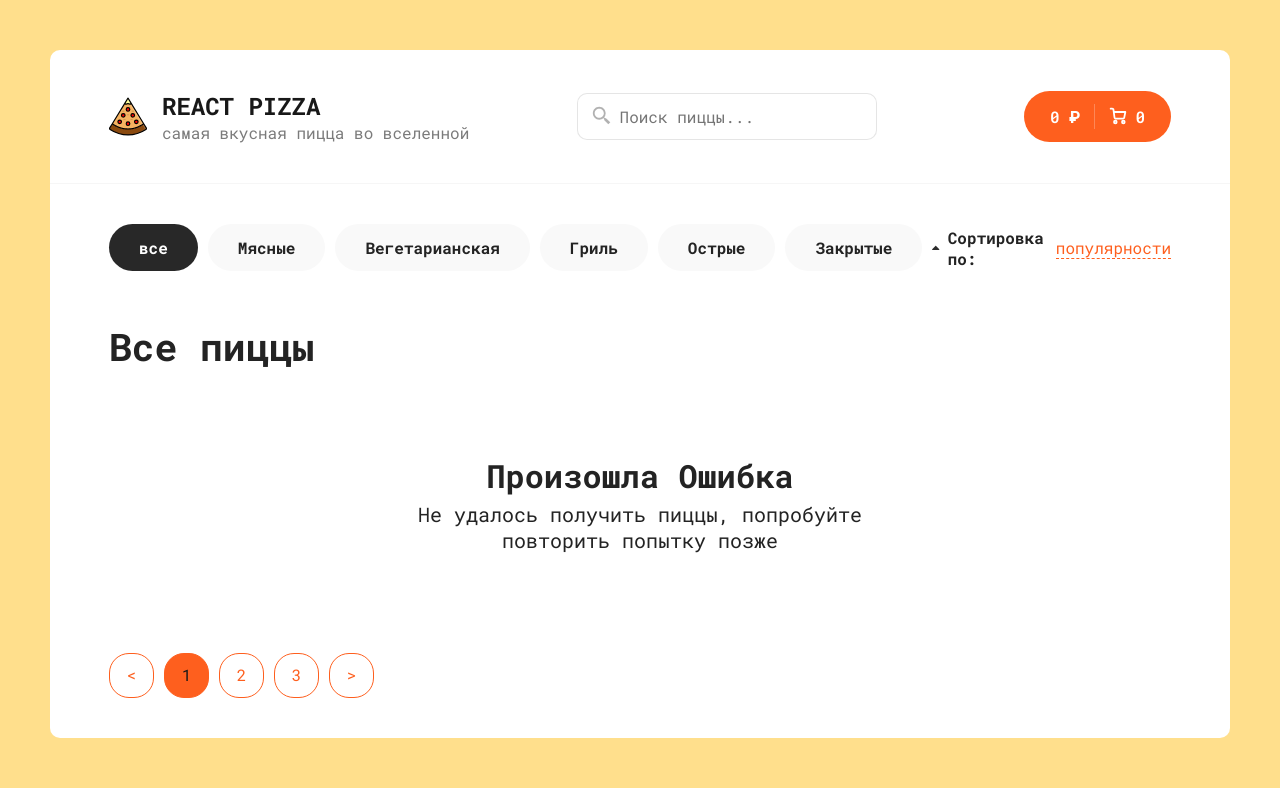
Repository: TI-IT/react-pizza2
Page: /
These files come from the project's save history. The page is drawn as it stood at one moment and after the next save; the edit follows.
The browser window is 1280 px wide. The pictures show the whole page.
The page's requests for data from a server got no answer. The project was rebuilt for these pictures with package versions that can differ from the ones it lists, and the page was loaded fresh each time. No one was signed in, and anything a server would have sent is missing. Also part of the build but not shown: src/components/PizzaBlock.jsx, src/components/CartItem.jsx, src/components/CartEmpty.jsx, src/pages/Cart.jsx, src/pages/FullPizza.jsx, src/components/NotFoundBlock/NotFounBlock.module.scss, src/components/NotFoundBlock/index.jsx, src/pages/NotFound.tsx.

Above is the page before, as saved 2022-10-22 21:12:57.

After the next save:
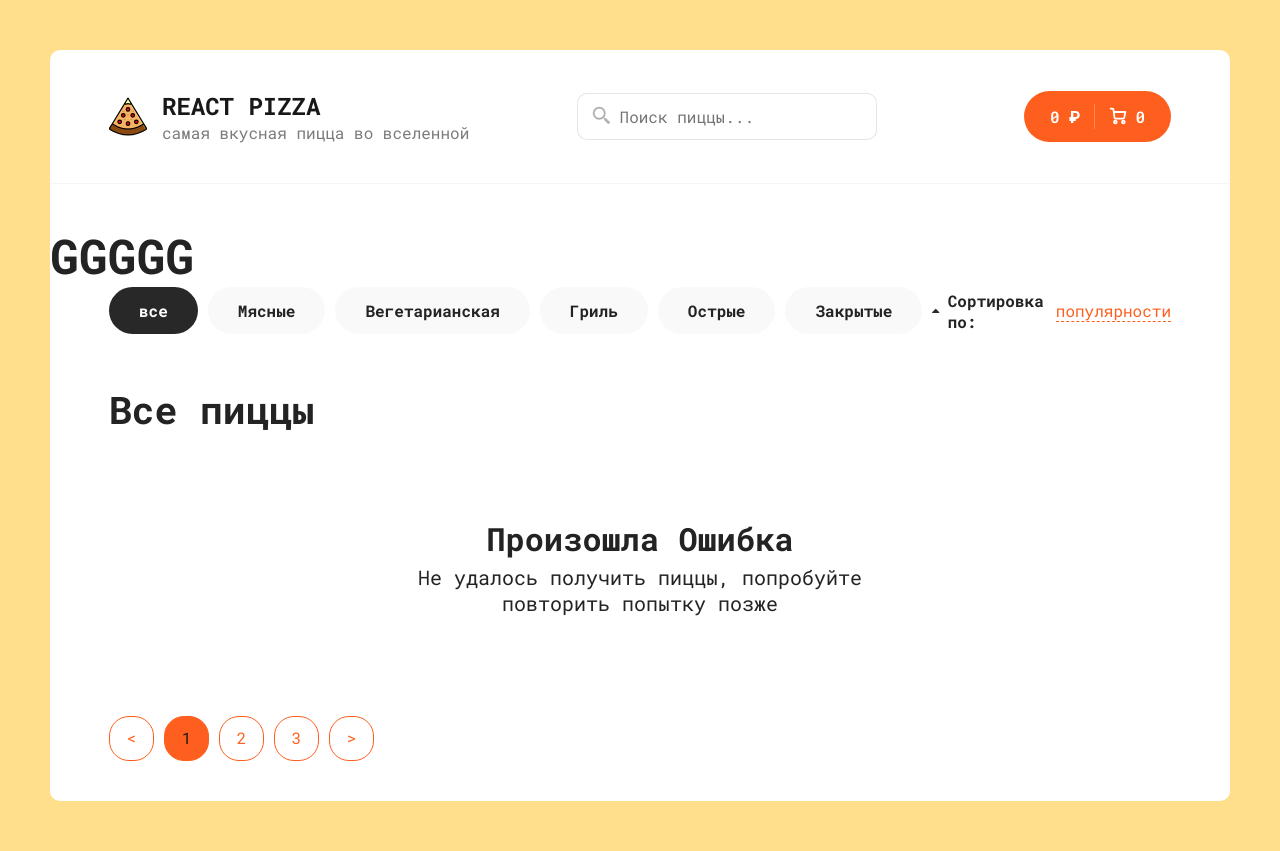
Saved 57 s later.
--- a/src/layouts/MainLayout.jsx
+++ b/src/layouts/MainLayout.jsx
@@ -7,6 +7,7 @@
     <div className="wrapper">
       <Header />
       <div className="content">
+        <h1>GGGGG</h1>
         <Outlet />
       </div>
     </div>

After the save that followed:
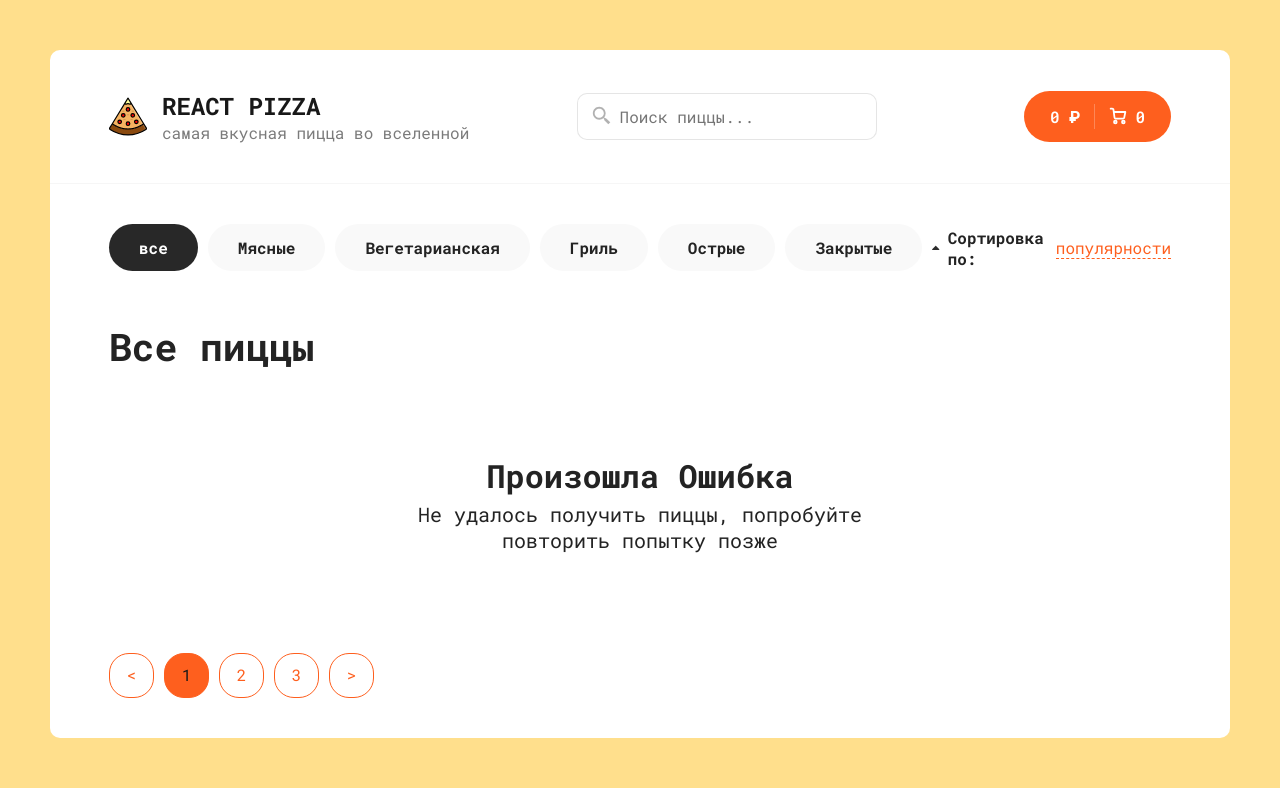
Saved 10 s later.
--- a/src/layouts/MainLayout.jsx
+++ b/src/layouts/MainLayout.jsx
@@ -7,7 +7,6 @@
     <div className="wrapper">
       <Header />
       <div className="content">
-        <h1>GGGGG</h1>
         <Outlet />
       </div>
     </div>
